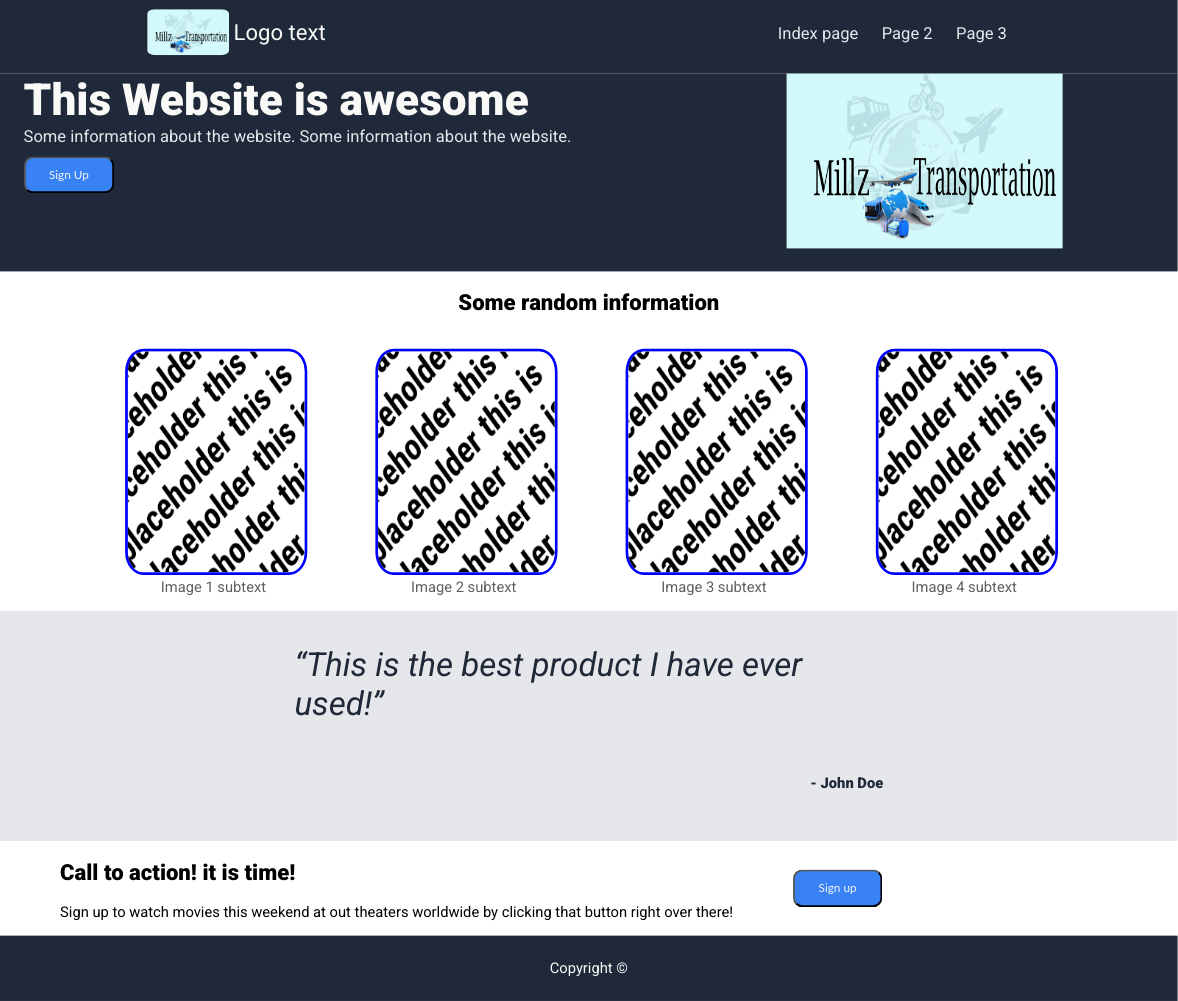
Repository: MikkyPrestige/css-assignment
Page: index.html
The author's editor kept a copy of each file at every save. The page is drawn from the files as they stood at one save, then again after the next save.
The browser window is 1280 px wide. The pictures show the whole page, at 92% of full size.

Above is the page before, as saved 2023-04-27 02:30:15.

After the next save:
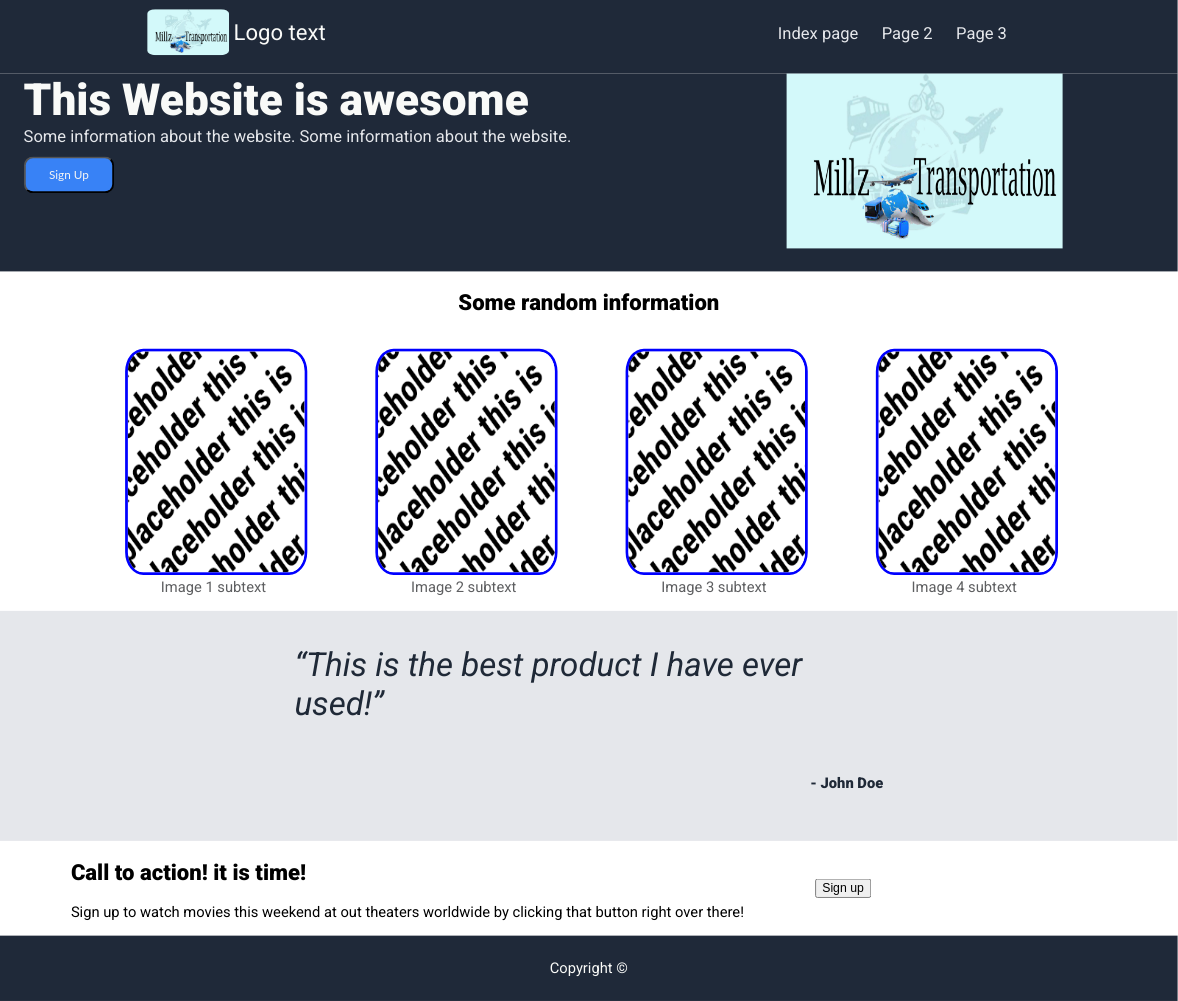
Saved 13 s later.
--- a/styles/index.css
+++ b/styles/index.css
@@ -114,7 +114,7 @@
 	padding-bottom: 2%
 }
 
-button{
+.Header_btn {
 	padding: .8em 2em;
 	border-radius: 10px;
 	background-color: #3882F6;
